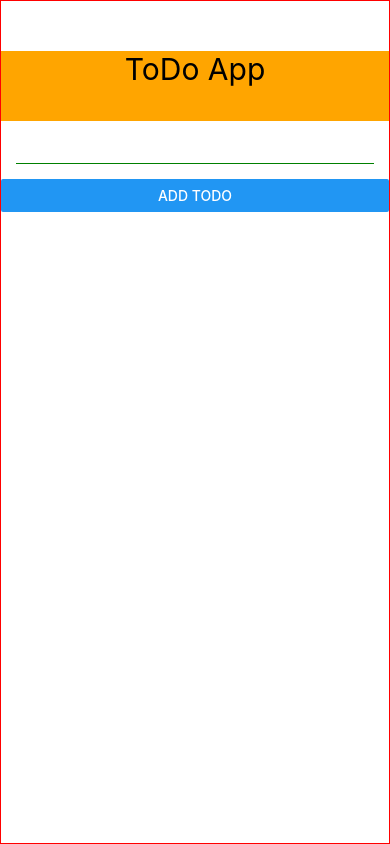
Repository: Ducbii4202/React-Native
Screen: /
An editor plug-in stored every save of this project. The screen is shown before and after the next save, followed by the edit.
The app was drawn by React Native's web renderer in a window 390 px wide. The project was rebuilt for these pictures with package versions that can differ from the ones it lists, and the page was loaded fresh each time.

Above is the screen before, as saved 2024-09-19 19:55:57.

### App.tsx

import { useState } from 'react';
import { Alert, Button, FlatList, Keyboard, Pressable, StyleSheet, Text, TextInput, TouchableWithoutFeedback, View } from 'react-native';
import FlexBox from './components/flexbox';
import FontAwesome6 from '@expo/vector-icons/FontAwesome6';




interface ITodo {
  id: number;
  name: string;
}
export default function App() {
  const [todo, setTodo] = useState('');

  const [listTodo, setListTodo] = useState<ITodo[]>([]);


  function randomInteger(min: number, max: number) {
    return Math.floor(Math.random() * (max - min + 1)) + min;
  }

  const handleAddTodo = () => {
    if (!todo) {
      Alert.alert('Bug input todo', "Todo ko dc de trong",
        [
          // {
          //   text: 'Cancel',
          //   onPress: () => console.log("OK Pressed"),
          //   style: 'cancel',
          // },
          {text: 'Confirm', onPress: () =>console.log('OK Pressed')}
        ]
      )
      return;
    }

    setListTodo([...listTodo,
      { id: randomInteger(1, 1000), name: todo }]);
    setTodo('')
  }

  const deleteTodo = (id: number) => {
    // const newTodo = listTodo.filter(item => item.id !== id);
    // setListTodo(newTodo);
  }


  return (
    <TouchableWithoutFeedback onPress={()=> Keyboard.dismiss()}>
    <View style={styles.container}>
      <Text style={styles.header}>ToDo App</Text>

      {/* form */}
      <View style={styles.form}>
        <TextInput
          value={todo}
          style={styles.todoInput}
          onChangeText={(value)=> setTodo(value)}
        />
        <Button title='Add todo'
        onPress={handleAddTodo}
        />
      </View>

      {/* list todo */}
      <View style={styles.todo}>
        <FlatList
          keyExtractor={item => item.id + ''}
          data={listTodo}
          renderItem={({item}) => {
            return (
              <Pressable onPress={() => deleteTodo(item.id)}
                style={({ pressed }) => ({ opacity: pressed ? 0.5 : 1 })}>
                <View style={styles.groupTodo}>
                <Text style={styles.toDoItem}>{item.name}</Text>
                <FontAwesome6 name="trash-can" size={24} color="black" />
                </View>

              </Pressable>

            )
          }}
        />
      </View>
      </View>
    </TouchableWithoutFeedback>

  );
}


//css in js
const styles = StyleSheet.create({
  container: {
    flex: 1,
    backgroundColor: '#fff',
    paddingTop: 50,
    borderWidth: 1,
    borderColor: 'red',
  },
  header: {
    backgroundColor: 'orange',
    paddingHorizontal: 20,
    textAlign: 'center',
    fontSize: 30,
    flex: 1,

  },
  form: {
    flex: 2,
    marginBottom: 20,

  },
  todo: {
    flex: 8,

  },
  groupTodo: {
    flexDirection: 'row',
    alignItems: 'center',
    borderWidth: 1,
    borderStyle: 'dashed',
    marginBottom: 15,
    justifyContent: 'space-between',
    padding: 15,
    marginHorizontal: 10,
  },
  todoInput: {
    borderBottomWidth: 1,
    borderBottomColor: 'green',
    padding: 5,
    marginHorizontal: 15,
    margin: 15.

  },
  body: {
    paddingHorizontal: 10,
    marginBottom: 20,
    flex: 1,
  },
  toDoItem: {
    fontSize: 20,
    // marginBottom: 20,

    padding: 10,
  }

});

After the next save:
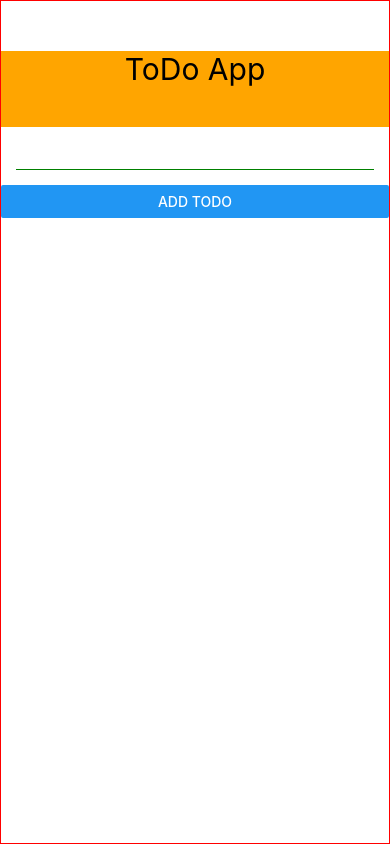
Saved 7 s later.
--- a/App.tsx
+++ b/App.tsx
@@ -109,7 +109,7 @@ const styles = StyleSheet.create({
 
   },
   form: {
-    flex: 2,
+    // flex: 2,
     marginBottom: 20,
 
   },
